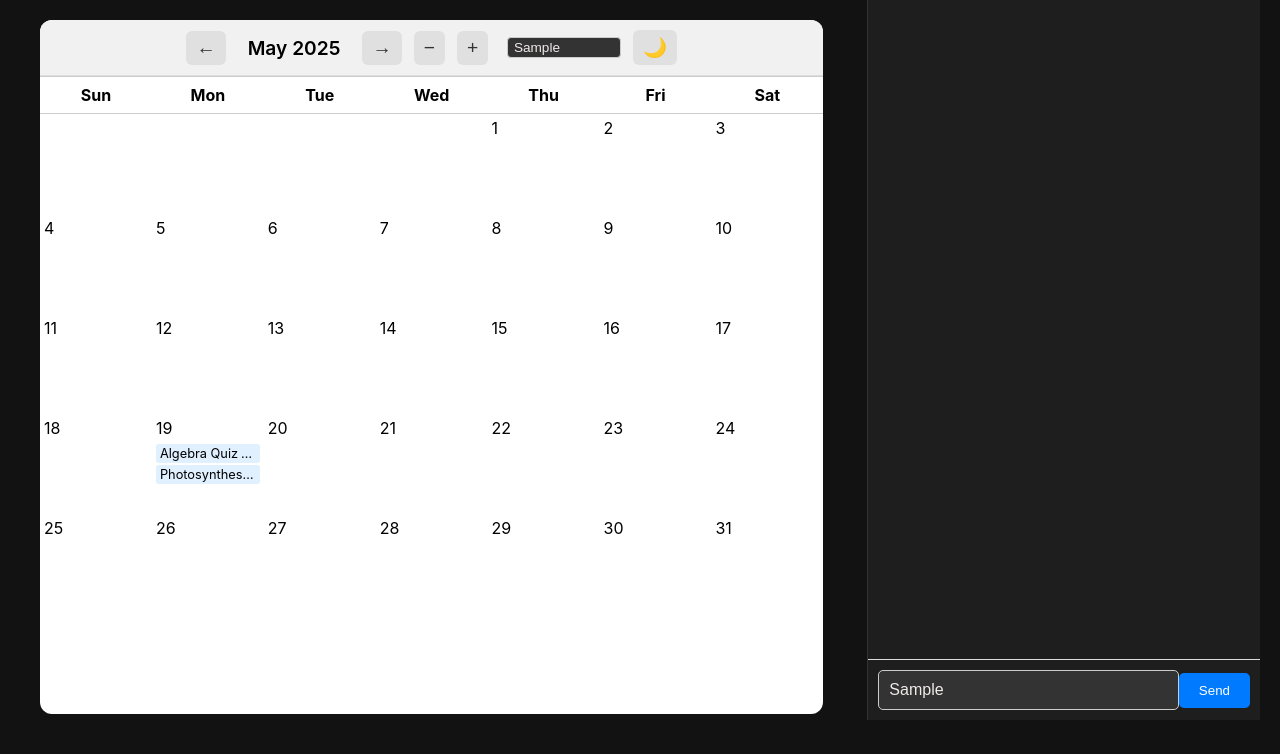
Repository: saifg123/Peer
Page: app.html
The author's editor kept a copy of each file at every save. The page is drawn from the files as they stood at one save, then again after the next save.
The browser window is 1280 px wide. The pictures show the part of the page from y = 345 to 1099 px (the page is 1099 px tall).
Empty fields were first filled with sample values (such as "Sample", 5 or name@example.com).
After loading, the first visible `#toggle-dark-mode` was clicked once.
A picture or video elsewhere on the page could not be fetched, so the positions and the page height are approximate.

Above is the page before, as saved 2025-05-20 17:31:27.

After the next save:
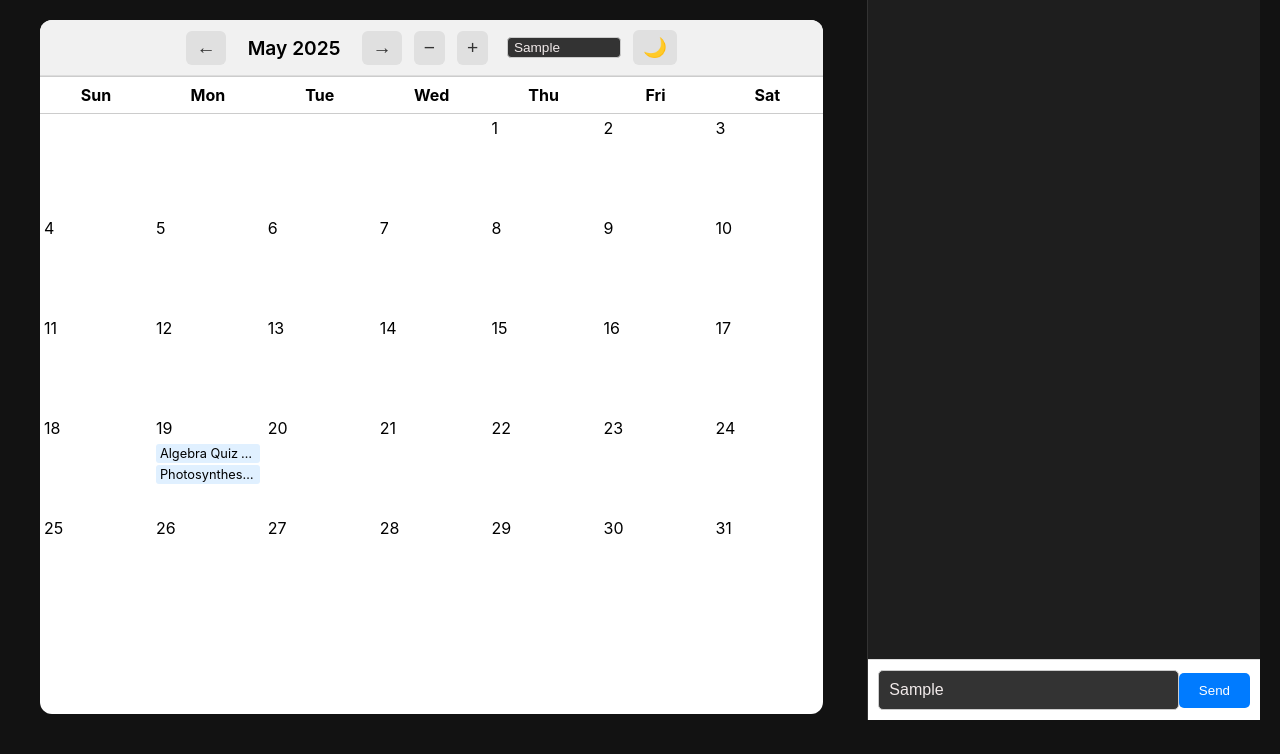
Saved 64 s later.
--- a/app.html
+++ b/app.html
@@ -176,7 +176,7 @@
 }
 
 body.dark-mode .chat-input-area {
-  background-color: #1e1e1e;
+  background-color: #ffffff;
 }
 
 body.dark-mode input,

After the 2 saves that followed:
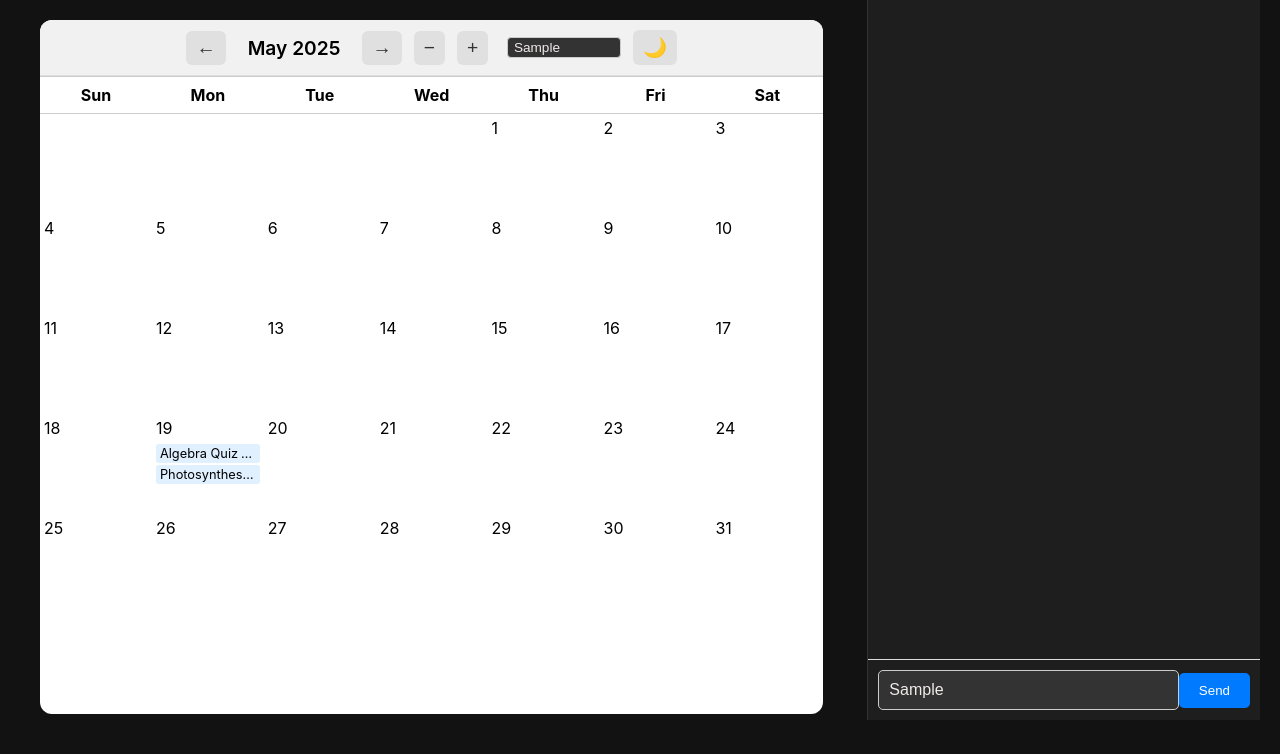
The 2 saves are shown as one change because 1 left the picture as it was.
The last was saved 39 s later.
--- a/app.html
+++ b/app.html
@@ -176,7 +176,7 @@
 }
 
 body.dark-mode .chat-input-area {
-  background-color: #ffffff;
+  background-color: #1e1e1e;
 }
 
 body.dark-mode input,
